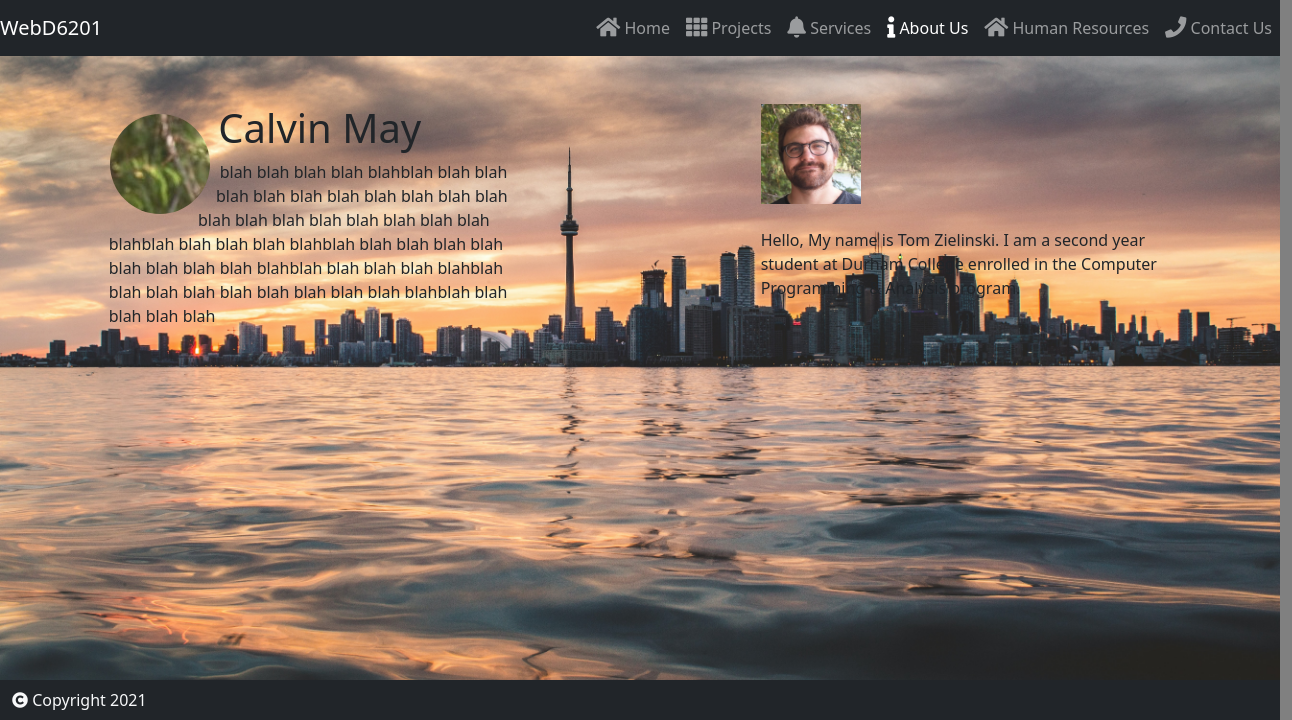
Repository: Tomelinski/Webd6201-Lab02
Page: about.html
An editor plug-in stored every save of this project. The page is shown before and after the next save, followed by the edit.
The browser window is 1280 px wide. The page is 1292 px wide, so the pictures cover 1292 px, including what lies to the right of the window. The pictures show the whole page.

Above is the page before, as saved 2021-02-05 17:57:38.

### about.html
<!-- Author(s): Tom Zielinski,
 *              Calvin May
 *
 *   Date: 02/02/2021 | Last Modified: 02/03/2021
 *   Document: about.html
 *   Description: ...
-->
<!DOCTYPE html>
<html lang="en">
<head>
    <meta charset="UTF-8">
    <meta name="viewport" content="width=device-width, initial-scale=1.0">
    <title>About</title>
    <!-- -->
    <link rel="stylesheet" href="./node_modules/bootstrap/dist/css/bootstrap.min.css">
    <link rel="stylesheet" href="./node_modules/@fortawesome/fontawesome-free/css/all.min.css">
    <link rel="stylesheet" href="./Content/app.css">

</head>
<body>
      <!-- Main header -->
      <header>
        <!-- Main Nav -->
          <nav class="navbar navbar-expand-lg navbar-dark bg-dark ">
              <a class="navbar-brand" href="./index.html">WebD6201</a>
              <button class="navbar-toggler" type="button" data-toggle="collapse" data-target="#navbarSupportedContent" aria-controls="navbarSupportedContent" aria-expanded="false" aria-label="Toggle navigation">
                <span class="navbar-toggler-icon"></span>
              </button>

              <div class="collapse navbar-collapse" id="navbarSupportedContent">
                <ul id="pageList" class="navbar-nav ms-auto mb-2 mb-lg-0">
                  <li class="nav-item ">
                    <a class="nav-link" aria-current="page" href="index.html"><i class="fas fa-home fa-lg"></i> Home</a>
                  </li>

                  <li class="nav-item">
                      <a id="projects" class="nav-link" aria-current="page" href="products.html"><i class="fas fa-th fa-lg"></i> Products</a>
                  </li>

                  <li class="nav-item">
                      <a class="nav-link" aria-current="page" href="services.html"><i class="fas fa-bell fa-lg"></i> Services</a>
                  </li>

                  <li class="nav-item">
                      <a class="nav-link active" aria-current="page" href="about.html"><i class="fas fa-info fa-lg"></i> About Us</a>
                  </li>

                  <li class="nav-item">
                      <a class="nav-link" aria-current="page" href="contact.html"><i class="fas fa-phone fa-lg"></i> Contact Us</a>
                  </li>
                </ul>
              </div>
            </nav>
      </header>

      <main>
        <div class="container"></div>
          <div class="row justify-content-around">
            <div id="about-calvin" class="col-4 mt-5">
              <div class="circle"></div>
              <h1>Calvin May</h1>
              <p>blah blah blah blah blahblah blah blah blah blah
                blah blah blah blah blah blah blah blah blah blah
                blah blah blah blah blahblah blah blah blah blahblah blah blah blah blah
                blah blah blah blah blahblah blah blah blah blahblah blah blah blah blah
                blah blah blah blah blahblah blah blah blah blah<p/>

            </div>
            <div id="about-tom" class="col-4 mt-5">

            </div>
          </div>
        </div>
      </main>

    <!-- Script section -->
    <script src="./node_modules/jquery/dist/jquery.min.js"></script>
    <script src="./node_modules/bootstrap/dist/js/bootstrap.bundle.min.js"></script>
    <script src="./Scripts/app.js"></script>
</body>

</html>

### Content/app.css
/* Author(s): Tom Zielinski,
 *              Calvin May
 *
 *   Date: 02/02/2021 | Last Modified: 02/03/2021
 *   Document: Services.html
 *   Description: ...
*/
/* Custom css page */
body{
    width:100vw;
    height:100vh;
    background: url("../Pictures/Toronto.jpg") no-repeat center center fixed;
    -webkit-background-size: cover;
    -moz-background-size: cover;
    -o-background-size: cover;
    background-size: cover;
    overflow-x: hidden;
    margin:0px;
    min-height:100%;
    background-color: gray;
}

.circle{
    width: 100px;
    height: 100px;
    background: url(../Pictures/Tom.jpeg);
    border-radius: 50%;
    float: left;
    shape-outside: circle();
    margin: 10px 10px 10px 1px;
}

### Scripts/app.js
/** Author(s): Tom Zielinski,
 *             Calvin May
 *
 *  Date: 02/02/2021 | Last Modified: 02/03/2021
 *  Document: app.js
 *  Description: ...
 */

/** Custom JavaScript Page */

/** IFFE Function */
(() => {

    // Declarations
    let mainContent = document.getElementsByTagName("main")[0]; // Holds the <main> element


    // First Fix the upper, lower navbars. Ensuring they display properly
    fixNavBars();

    /** Web Application Startup Functions */
    /** Start() - Lets the application know which content to load
     *          based on the title of the document.
    */
    function Start() {
        console.log("Web App Started.");``


        // A switch case used to figure out which page is being loaded.
        switch (document.title) {
            case "Home":
                displayHomePage();
                break;
            case "About":
                displayAboutPage();
                break;
            case "Contact":
                displayContactPage();
                break;
            case "Projects":
                displayProjectsPage();
                break;
            case "Services":
                displayServicesPage();
                break;
            case "Human Resources":
                displayHumanResourcesPage();
                break;
        }

    }

    /** Display Page Content Functions */
    /** displayHomePage() - Loads the Content for index.html */
    function displayHomePage() {

        let newParagraph = document.createElement("p");
        newParagraph.setAttribute("id", "paragraphOne");
        newParagraph.className = "fs-6 col col-md-4 mt-5 m-auto px-4 border border-dark border-4 rounded";
        newParagraph.textContent = "Welcome to Cavlin May's and Tom Zielinski's Webd6201 Lab01 webpage.";

        mainContent.appendChild(newParagraph);
    }

    /** displayAboutPage() - Loads the Content for about.html */
    function displayAboutPage() {


        let About = document.getElementById("about-tom");
        let pic = document.createElement("img");
        pic.setAttribute("src", "../Pictures/Tom.jpeg");
        pic.setAttribute("height", "100");
        pic.setAttribute("width", "100");
        pic.setAttribute("alt", "Headshot of Tom");

        let aboutTom = document.createElement("p");
        aboutTom.innerHTML = `</br><p>Hello, My name is Tom Zielinski. I am a second year student at Durham College enrolled in the Computer Programming & Analysis program.</p>`;

        About.appendChild(pic);
        About.appendChild(aboutTom);
    }

    /** displayContactPage() - Loads the Content for contact.html */
    function displayContactPage() {

    }

    /** displayProjectsPage() - Loads the Content for projects.html */
    function displayProjectsPage() {

    }

    /** displayServicesPage() - Loads the Content for services.html */
    function displayServicesPage() {

    }

    /** displayHumanResourcesPage() - Loads the Content for human_resources.html */
    function displayHumanResourcesPage() {


    }

    /**
     * fixNavBars() - This Function is used to finish creating the Header/Footer Navbars
     *              using DOM Manipulation and Injection. First it fixes the "Products"
     *              NavBar link to correctly show, "Projects" and link to the projects.html
     *              page. It also Insert a new NavBar link, "Human Recources" between
     *              "About us" and "Contact Us" links. Finally, it adds a footer to the
     *              bottom of the page.
     */
    function fixNavBars()
    {
        // Fix the "Products" Nav item
        let projectPageAnchor = document.getElementById("projects");    // Get the Nav item Anchor tag by id
        projectPageAnchor.setAttribute("href", "projects.html");        // Correctly set the Hypertext Reference attribute
        projectPageAnchor.innerHTML = "<i class=\"fas fa-th fa-lg\"></i> Projects"; // Correctly set the text to indicate a project page

        // Insert a Nav item for Human Resources
        let navBarItemList = document.getElementById("pageList");  // Get the <ul> holding the Page links
        let humanResourcesListItem = document.createElement("li"); // Create a new list Item
        humanResourcesListItem.setAttribute("class", "nav-item");  // Set the class of the list item to "nav-item"
        // Create the anchor that will exist within the humanResourcesListItem
        let hrListItemData = '<a class="nav-link" aria-current="page" ' +
                             'href="human_resources.html"><i class="fas fa-home fa-lg"></i> Human Resources</a>';
        // Set the innerHtml with the data above
        humanResourcesListItem.innerHTML = hrListItemData;
        // Insert the new listitem before the 8th child within the <ul>
        //-(8th because it counts both the <li> elements and the <a> elements within)
        navBarItemList.insertBefore(humanResourcesListItem, navBarItemList.childNodes[8]);


        // Insert a new footer NavBar
        let footerData = "";    // A variable to hold the html code for the footers navBar
        // Create the footer element
        let pageFooter = document.createElement("footer");
        // Insert the new footer element before the "next" sibling of <main>
        //-Reads as <body>.insertBefore(pageFooter, elementAfterMain)
        mainContent.parentNode.insertBefore(pageFooter, mainContent.nextSibling);

        footerData = '<nav class="navbar fixed-bottom navbar-dark bg-dark"> ' +
                     '<div class="container-fluid"> ' +
                     '<h7 class="text-light"><i class="fas fa-copyright text-light"></i> Copyright 2021</h7> ' +
                     '</div> ' +
                     '</nav> ';
        pageFooter.innerHTML = footerData;

    }

    // Add an event listener for the load event (Page load).
    //-Call the Start() function so that we can display page
    //-specific content
    window.addEventListener("load", Start);

})();

Loaded but not shown: node_modules/bootstrap/dist/css/bootstrap.min.css (library); node_modules/@fortawesome/fontawesome-free/css/all.min.css (library); node_modules/jquery/dist/jquery.min.js (library); node_modules/bootstrap/dist/js/bootstrap.bundle.min.js (library)

After the next save:
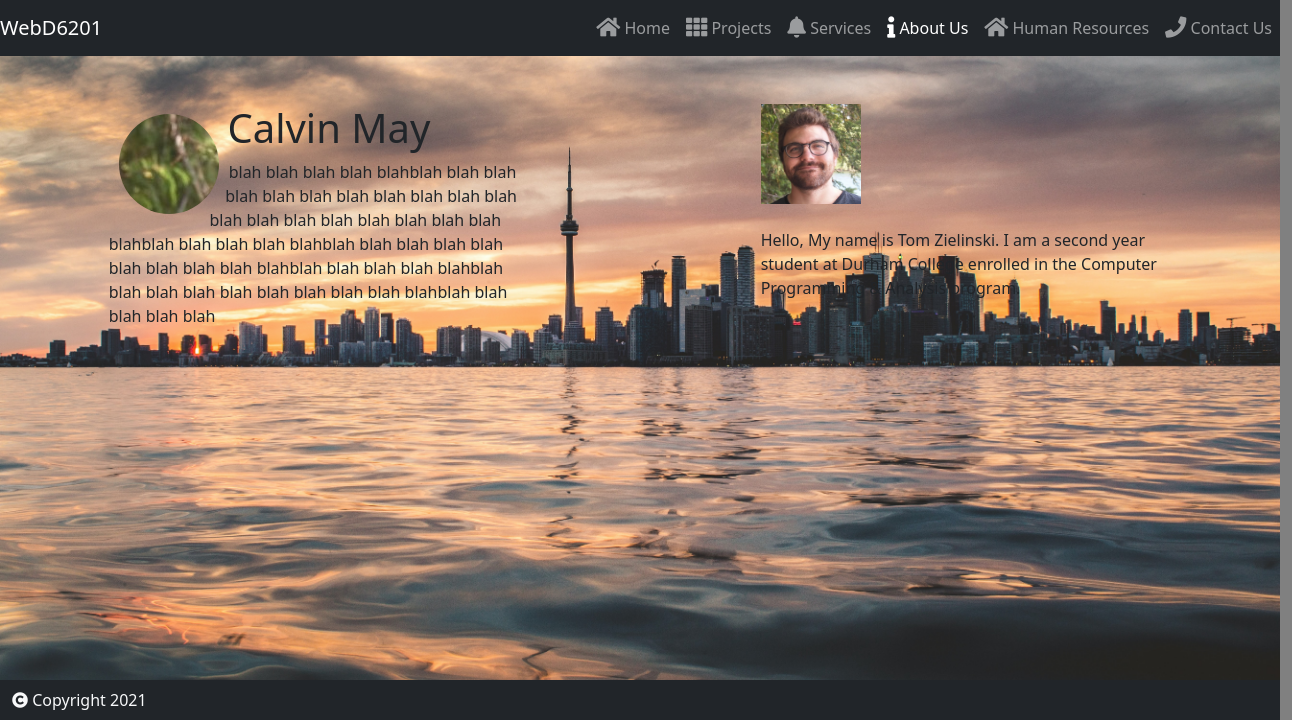
Saved 6 s later.
--- a/Content/app.css
+++ b/Content/app.css
@@ -27,5 +27,5 @@
     border-radius: 50%;
     float: left;
     shape-outside: circle();
-    margin: 10px 10px 10px 1px;
+    margin: 10px 10px 10px 10px;
 }

After the save that followed:
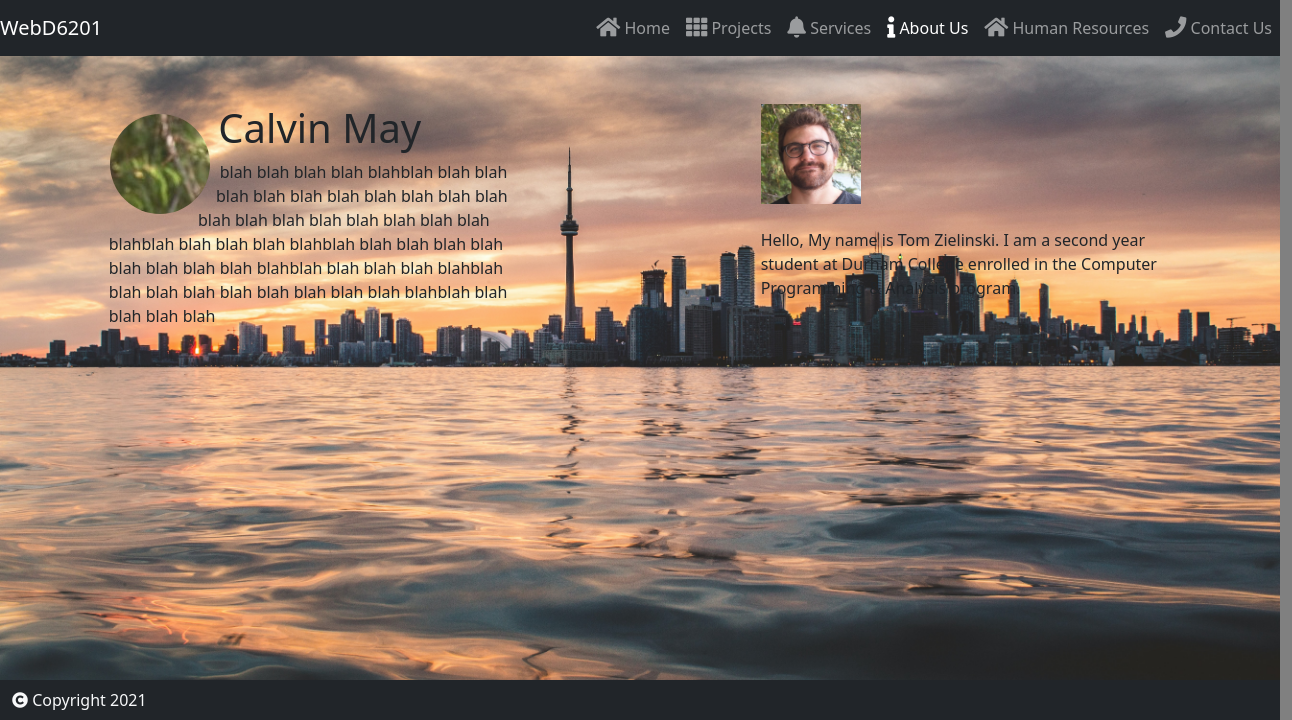
Saved 7 s later.
--- a/Content/app.css
+++ b/Content/app.css
@@ -27,5 +27,5 @@
     border-radius: 50%;
     float: left;
     shape-outside: circle();
-    margin: 10px 10px 10px 10px;
+    margin: 10px 10px 10px 1px;
 }
